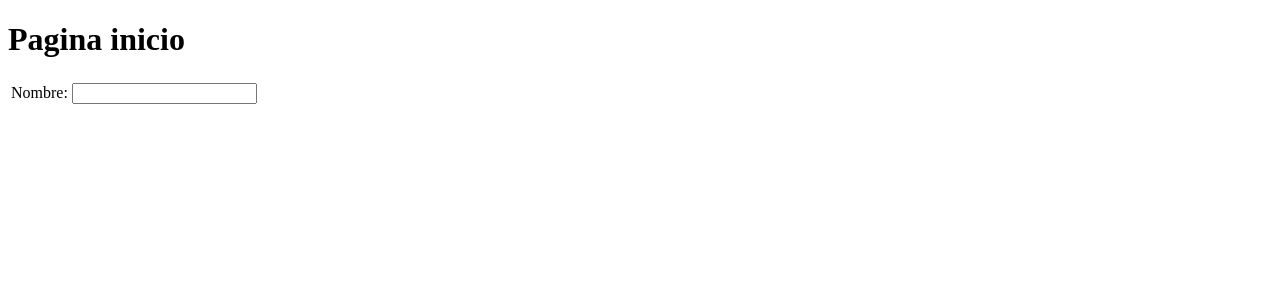
Repository: RomanMillan/estudio_JSP-SERVLET
Page: http://localhost/002_calculos/
An editor plug-in stored every save of this project. The page is shown before and after the next save, followed by the edit.
The browser window is 1280 px wide. The pictures show the whole page.
The page is served by Tomcat 9.

Above is the page before, as saved 2023-03-02 07:27:45.

After the next save:
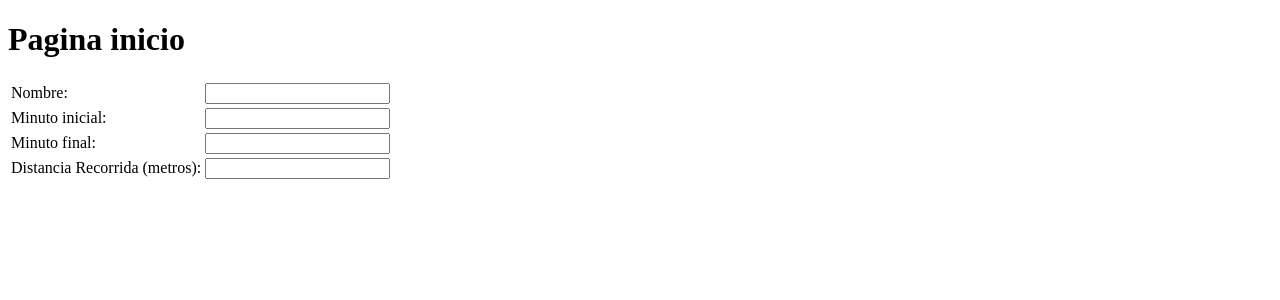
Saved 5 min 2 s later.
--- a/002_calculos/src/main/webapp/index.jsp
+++ b/002_calculos/src/main/webapp/index.jsp
@@ -10,12 +10,31 @@
 		<h1>Pagina inicio</h1>
 		<form action="destino.jsp">
 			<table>
+			<!-- Nombre usuario -->
 				<tr>
 					<td>Nombre: </td>
 					<td>
 						<input type="text" name="name">
 					</td>
 				</tr>
+				<tr>
+					<td>Minuto inicial: </td>
+					<td>
+						<input type="number" name="firstTime">
+					</td>
+				</tr>
+				<tr>
+					<td>Minuto final: </td>
+					<td>
+						<input type="number" name="lastTime">
+					</td>
+				</tr>
+				<tr>
+					<td>Distancia Recorrida (metros): </td>
+					<td>
+						<input type="number" name="distance">
+					</td>
+				</tr>
 			</table>
 		</form>
 	</body>
